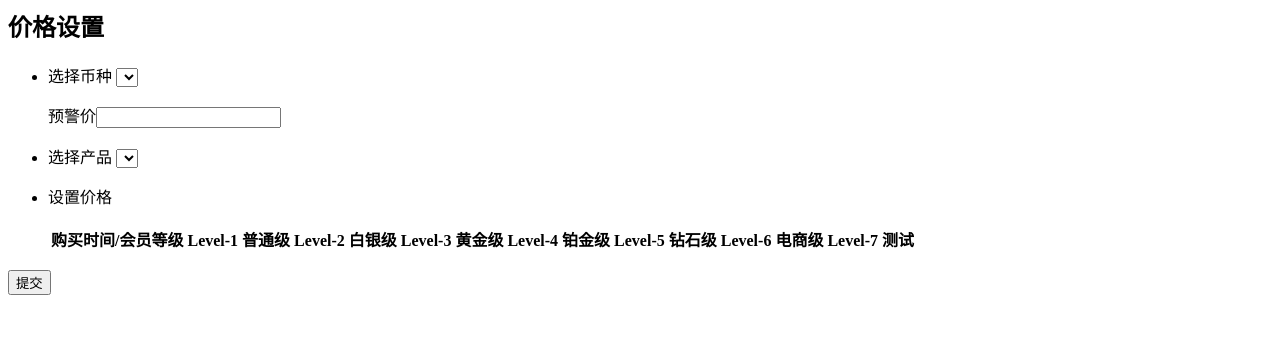
Repository: wangyan466393/racentSystem
Page: priceSetting.html
The author's editor kept a copy of each file at every save. The page is drawn from the files as they stood at one save, then again after the next save.
The browser window is 1280 px wide. The pictures show the whole page.

Above is the page before, as saved 2020-08-13 10:21:12.

After the next save:
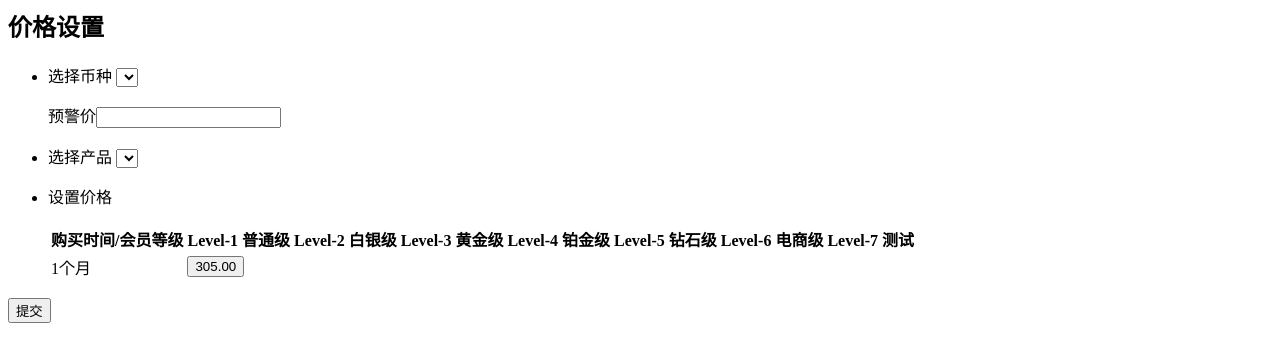
Saved 2 min 27 s later.
--- a/priceSetting.html
+++ b/priceSetting.html
@@ -40,7 +40,16 @@
                         </tr>
                     </thead>
                     <tbody>
-
+                        <tr>
+                            <td>1个月</td>
+                            <td><button>305.00</button></td>
+                            <td></td>
+                            <td></td>
+                            <td></td>
+                            <td></td>
+                            <td></td>
+                            <td></td>
+                        </tr>
                     </tbody>
                 </table>
                 </div>
